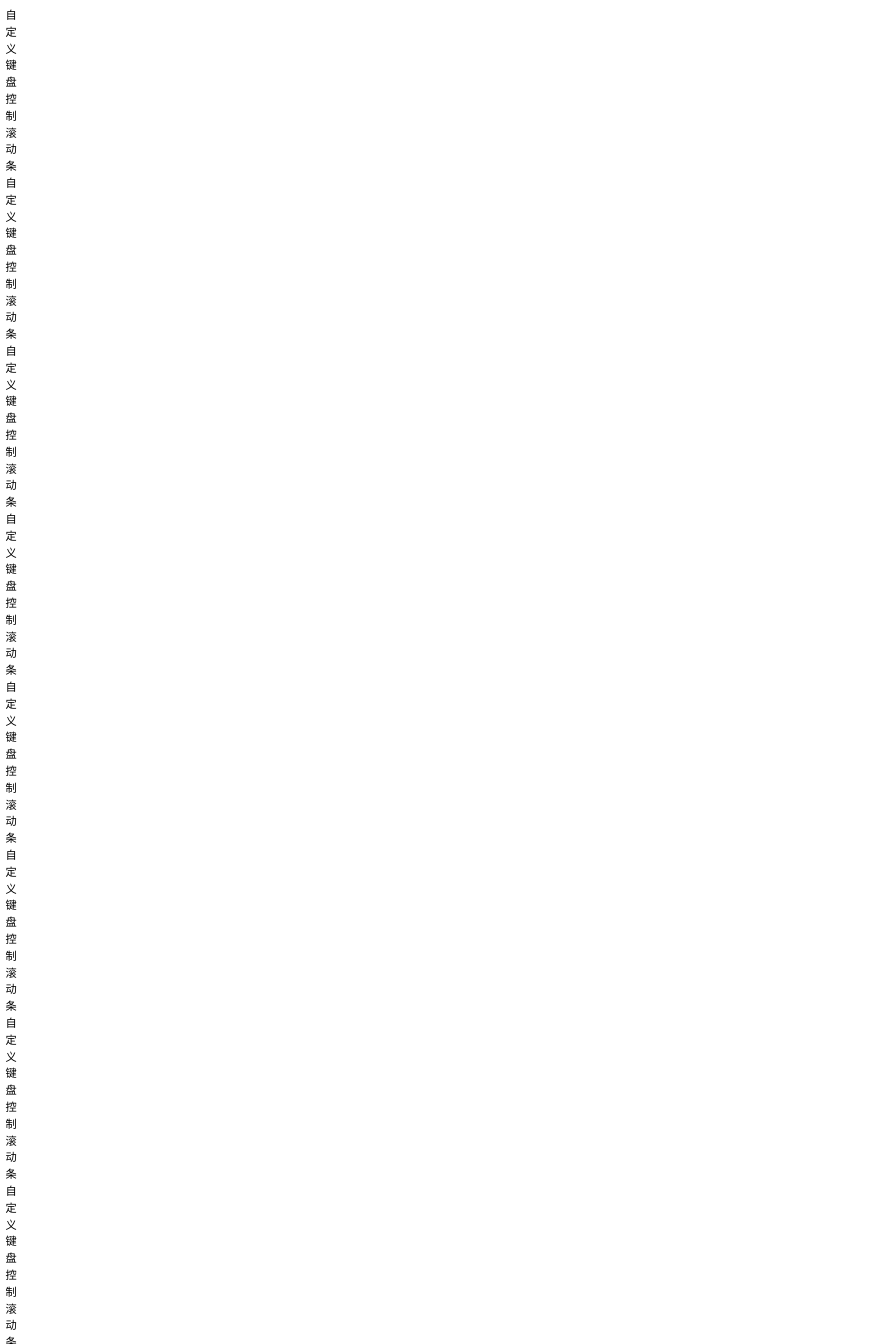
Repository: qirong77/milk-editor
Page: src/renderer/src/common/scroll.html
An editor plug-in stored every save of this project. The page is shown before and after the next save, followed by the edit.
The browser window is 1280 px wide. The pictures show the part of the page from y = 0 to 1920 px (the page is 6016 px tall before and 865 px after), at 70% of full size.

Above is the page before, as saved 2022-10-22 16:07:02.

### src/renderer/src/common/scroll.html

<!DOCTYPE html>
<html lang="en">
<head>
    <meta charset="UTF-8">
    <title>Document</title>
</head>
<body>
<div style="width:20px;">
    自定义键盘控制滚动条
    自定义键盘控制滚动条
    自定义键盘控制滚动条
    自定义键盘控制滚动条
    自定义键盘控制滚动条
    自定义键盘控制滚动条
    自定义键盘控制滚动条
    自定义键盘控制滚动条
    自定义键盘控制滚动条
    自定义键盘控制滚动条
    自定义键盘控制滚动条
    自定义键盘控制滚动条
    自定义键盘控制滚动条
    自定义键盘控制滚动条
    自定义键盘控制滚动条
    自定义键盘控制滚动条
    自定义键盘控制滚动条
    自定义键盘控制滚动条
    自定义键盘控制滚动条
    自定义键盘控制滚动条
    自定义键盘控制滚动条
    自定义键盘控制滚动条
    自定义键盘控制滚动条
    自定义键盘控制滚动条
    自定义键盘控制滚动条
</div>
</body>
<script>
// 给浏览器绑定键盘事件
document.onkeydown = function(){
    var e = window.event;
    var keycode = e.keyCode
    var word = String.fromCharCode(keycode)
    word = word.toLowerCase()
    var t = document.documentElement.scrollTop || document.body.scrollTop
    if(word === 'a'){
        // 让滚动过的距离减小 - 向上
        t -= 20
    }else if(word === 'b'){
        // 让滚动过的距离增大 - 向下
        t += 20
    }else{
        return false
    }
    document.documentElement.scrollTop = document.body.scrollTop = t
}
</script>
</html>

After the next save:
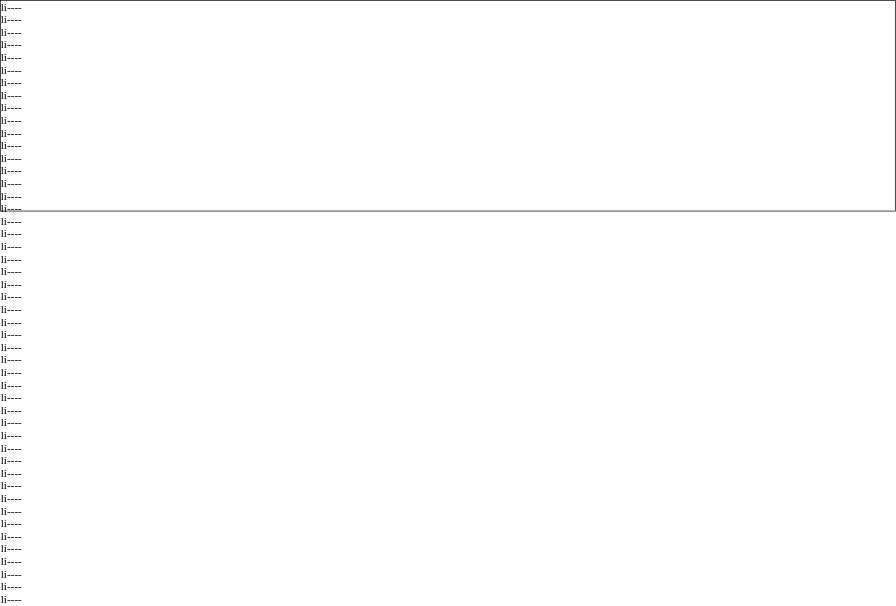
Saved 11 h 8 min later.
--- a/src/renderer/src/common/scroll.html
+++ b/src/renderer/src/common/scroll.html
@@ -1,57 +1,74 @@
-
 <!DOCTYPE html>
 <html lang="en">
-<head>
-    <meta charset="UTF-8">
+  <head>
+    <meta charset="UTF-8" />
+    <meta http-equiv="X-UA-Compatible" content="IE=edge" />
+    <meta name="viewport" content="width=device-width, initial-scale=1.0" />
     <title>Document</title>
-</head>
-<body>
-<div style="width:20px;">
-    自定义键盘控制滚动条
-    自定义键盘控制滚动条
-    自定义键盘控制滚动条
-    自定义键盘控制滚动条
-    自定义键盘控制滚动条
-    自定义键盘控制滚动条
-    自定义键盘控制滚动条
-    自定义键盘控制滚动条
-    自定义键盘控制滚动条
-    自定义键盘控制滚动条
-    自定义键盘控制滚动条
-    自定义键盘控制滚动条
-    自定义键盘控制滚动条
-    自定义键盘控制滚动条
-    自定义键盘控制滚动条
-    自定义键盘控制滚动条
-    自定义键盘控制滚动条
-    自定义键盘控制滚动条
-    自定义键盘控制滚动条
-    自定义键盘控制滚动条
-    自定义键盘控制滚动条
-    自定义键盘控制滚动条
-    自定义键盘控制滚动条
-    自定义键盘控制滚动条
-    自定义键盘控制滚动条
-</div>
-</body>
-<script>
-// 给浏览器绑定键盘事件
-document.onkeydown = function(){
-    var e = window.event;
-    var keycode = e.keyCode
-    var word = String.fromCharCode(keycode)
-    word = word.toLowerCase()
-    var t = document.documentElement.scrollTop || document.body.scrollTop
-    if(word === 'a'){
-        // 让滚动过的距离减小 - 向上
-        t -= 20
-    }else if(word === 'b'){
-        // 让滚动过的距离增大 - 向下
-        t += 20
-    }else{
-        return false
+  </head>
+  <style>
+    * {
+      margin: 0;
+      padding: 0;
     }
-    document.documentElement.scrollTop = document.body.scrollTop = t
-}
-</script>
+    ul {
+      height: 300px;
+      border: 1px solid black;
+    }
+  </style>
+  <body>
+    <ul>
+      <li>li----</li>
+      <li>li----</li>
+
+      <li>li----</li>
+
+      <li>li----</li>
+
+      <li>li----</li>
+      <li>li----</li>
+      <li>li----</li>
+      <li>li----</li>
+      <li>li----</li>
+      <li>li----</li>
+      <li>li----</li>
+      <li>li----</li>
+      <li>li----</li>
+      <li>li----</li>
+      <li>li----</li>
+      <li>li----</li>
+      <li>li----</li>
+      <li>li----</li>
+      <li>li----</li>
+      <li>li----</li>
+      <li>li----</li>
+      <li>li----</li>
+      <li>li----</li>
+      <li>li----</li>
+      <li>li----</li>
+      <li>li----</li>
+      <li>li----</li>
+      <li>li----</li>
+      <li>li----</li>
+      <li>li----</li>
+      <li>li----</li>
+      <li>li----</li>
+      <li>li----</li>
+      <li>li----</li>
+      <li>li----</li>
+      <li>li----</li>
+      <li>li----</li>
+      <li>li----</li>
+      <li>li----</li>
+      <li>li----</li>
+      <li>li----</li>
+      <li>li----</li>
+      <li>li----</li>
+      <li>li----</li>
+      <li>li----</li>
+      <li>li----</li>
+      <li>li----</li>
+      <li>li----</li>
+    </ul>
+  </body>
 </html>
